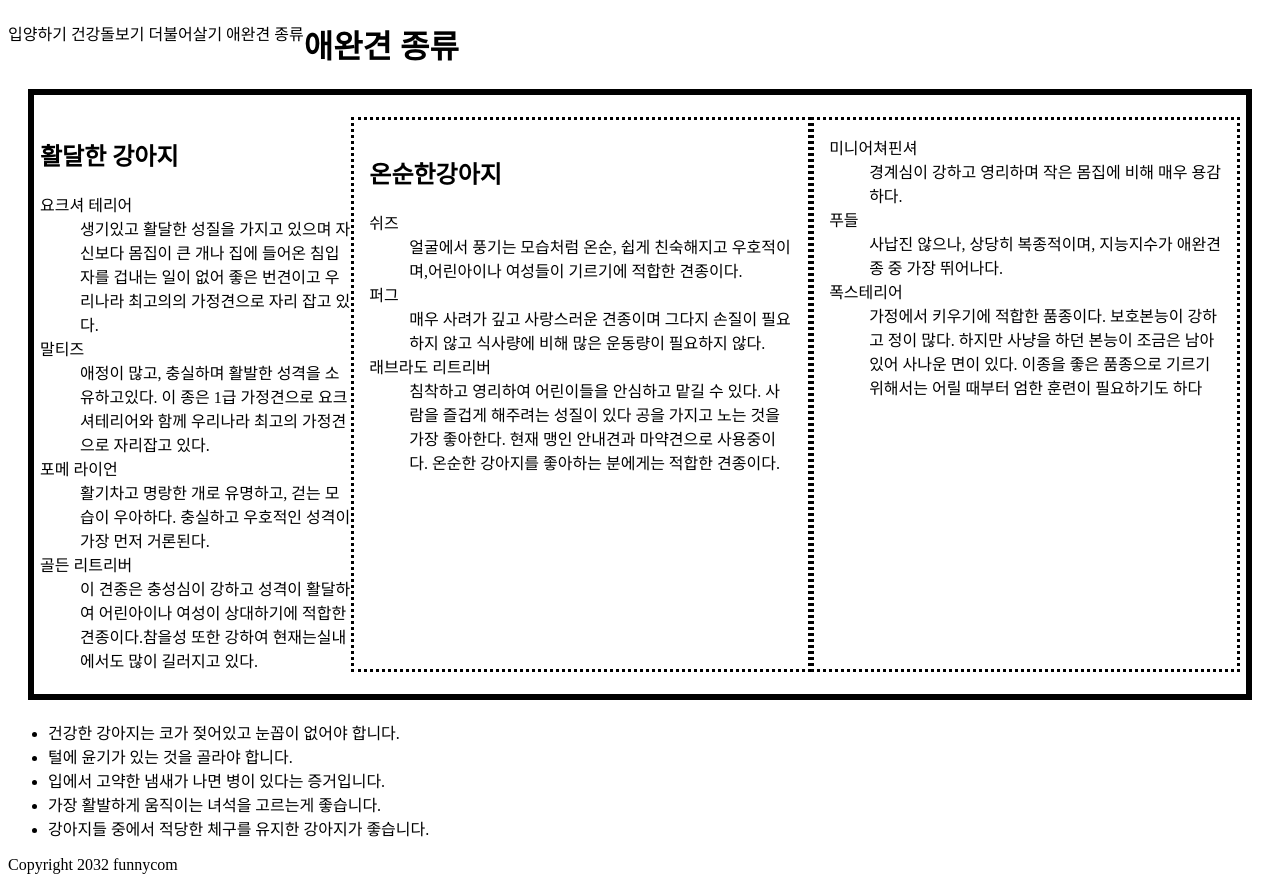
Repository: chlguswns1/web-practice
Page: HTML/src/main/webapp/ps.html
An editor plug-in stored every save of this project. The page is shown before and after the next save, followed by the edit.
The browser window is 1280 px wide. The pictures show the whole page.

Above is the page before, as saved 2023-03-08 04:20:14.

### HTML/src/main/webapp/ps.html
<!DOCTYPE html>
<html>
<head>
<meta charset="UTF-8">
<title>Insert title here</title>
<link rel="stylesheet" href="ps.css">
<style type="text/css">

</style>
</head>
<body>



	<nav id="tex">
		<span> 입양하기</span>
		<span>건강돌보기 </span>
		<span>더불어살기 </span>
		<span>애완견 종류</span>
	</nav>

<h1>애완견 종류 </h1>

<div id="dog">

		<dl id="dog1">
		<h2>활달한 강아지 </h2>
			<dt>요크셔 테리어</dt>
				<dd>생기있고 활달한 성질을 가지고 있으며 자신보다 몸집이 큰 개나 집에 들어온 침입자를 겁내는 일이 없어 좋은 번견이고 우리나라 최고의의 가정견으로 자리 잡고 있다.
			<dt>말티즈</dt>
				<dd>애정이 많고, 충실하며 활발한 성격을 소유하고있다.
		 		이 종은 1급 가정견으로 요크셔테리어와 함께 우리나라 최고의 가정견으로 자리잡고 있다.
			<dt>포메 라이언</dt>
				<dd>활기차고 명랑한 개로 유명하고, 걷는 모습이 우아하다.
		 		충실하고 우호적인 성격이 가장 먼저 거론된다.
			<dt>골든 리트리버</dt>
				<dd>이 견종은 충성심이 강하고 성격이 활달하여 어린아이나 여성이 상대하기에 적합한 견종이다.참을성 또한 강하여 현재는실내에서도 많이 길러지고 있다.
		</dl>

		<dl id="dog2">
		<h2> 온순한강아지</h2>
			<dt>쉬즈</dt>
				<dd>얼굴에서 풍기는 모습처럼 온순,
				 쉽게 친숙해지고 우호적이며,어린아이나 여성들이 기르기에 적합한 견종이다.
			<dt>퍼그</dt>
				<dd>매우 사려가 깊고 사랑스러운 견종이며 그다지 손질이 필요하지 않고 식사량에 비해 많은 운동량이 필요하지 않다.
			<dt>래브라도 리트리버</dt>
				<dd>침착하고 영리하여 어린이들을 안심하고 맡길 수 있다.
		 		사람을 즐겁게 해주려는 성질이 있다 공을 가지고 노는 것을 가장 좋아한다. 현재 맹인 안내견과 마약견으로 사용중이다. 온순한 강아지를 좋아하는 분에게는 적합한 견종이다.
		</dl>

		<dl id="dog3">

			<dt>미니어쳐핀셔</dt>
				<dd>경계심이 강하고 영리하며 작은 몸집에 비해 매우 용감하다.
			<dt>푸들</dt>
				<dd>사납진 않으나, 상당히 복종적이며, 지능지수가 애완견종 중 가장 뛰어나다.
			<dt>폭스테리어</dt>
				<dd>가정에서 키우기에 적합한 품종이다. 보호본능이 강하고 정이 많다. 하지만 사냥을 하던 본능이 조금은 남아있어 사나운 면이 있다.
		  		이종을 좋은 품종으로 기르기 위해서는 어릴 때부터 엄한 훈련이 필요하기도 하다
		  </div>
		 <div id="dog4"><ul>
		  		<li> 건강한 강아지는 코가 젖어있고 눈꼽이 없어야 합니다. </li>
		 		<li> 털에 윤기가 있는 것을 골라야 합니다. </li>
		  		<li> 입에서 고약한 냄새가 나면 병이 있다는 증거입니다.</li>
		 		<li> 가장 활발하게 움직이는 녀석을 고르는게 좋습니다.</li>
		  		<li> 강아지들 중에서 적당한 체구를 유지한 강아지가 좋습니다.</li>
		       </ul>

		  </div>

		  <footer>
		 <span>Copyright 2032 funnycom</span>
		   </footer>
</body>
</html>

### HTML/src/main/webapp/ps.css
@charset "UTF-8";
#dog{border: 6px solid;
	 display: flex;
	 padding: 6px;
	 flex: 1;
	 margin: 20px;
}
#dog1{border-style:15px dotted ;


}
#dog2{border-style: dotted;
		padding: 15px;

}
#dog3{border-style: dotted;
		padding: 15px;

}
#header{

}
#tex{
	text-align: left;
	float: left;
}

After the next save:
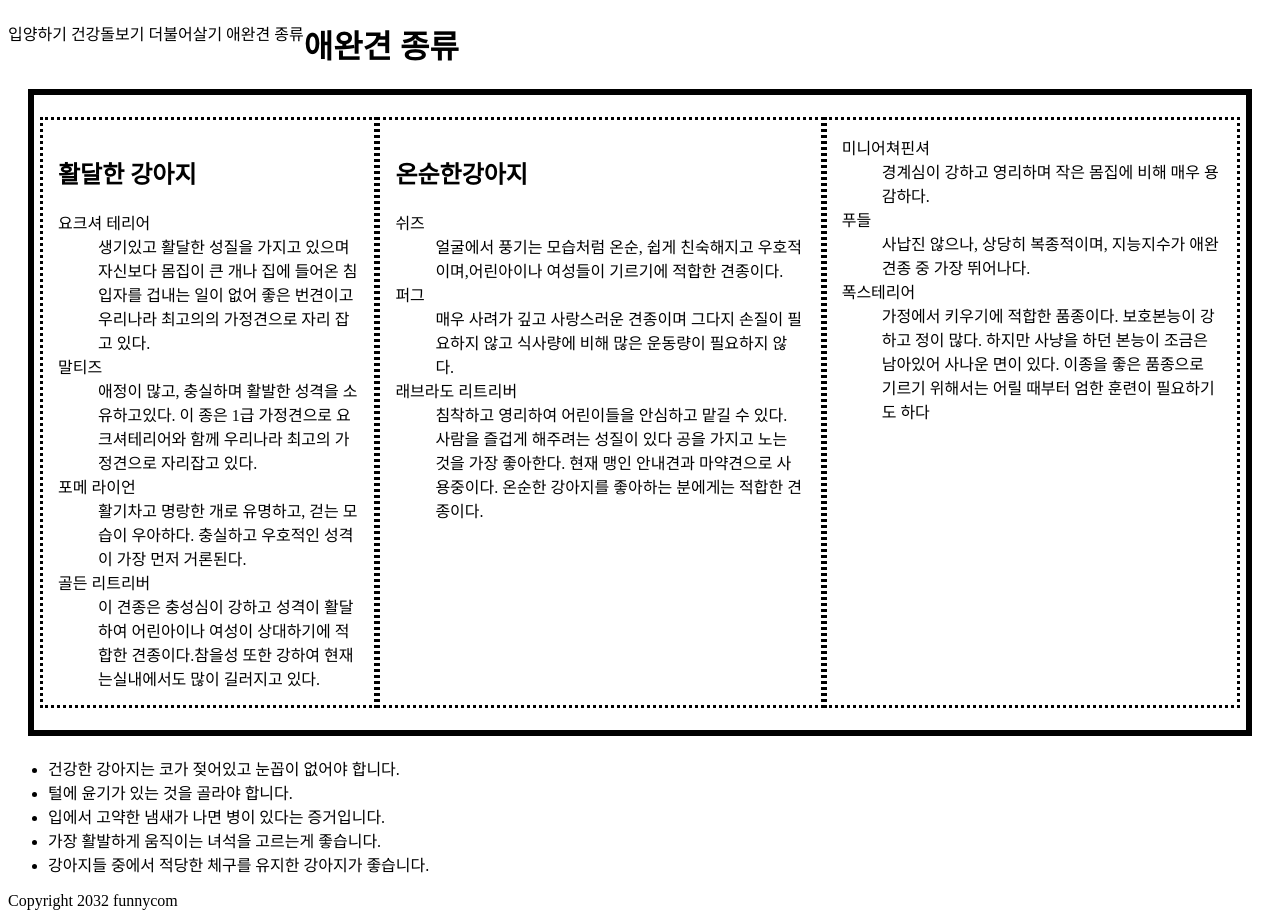
Saved 33 min 25 s later.
--- a/HTML/src/main/webapp/ps.css
+++ b/HTML/src/main/webapp/ps.css
@@ -5,7 +5,9 @@
 	 flex: 1;
 	 margin: 20px;
 }
-#dog1{border-style:15px dotted ;
+#dog1{border-style: dotted;
+		padding: 15px;
+
 
 
 }
